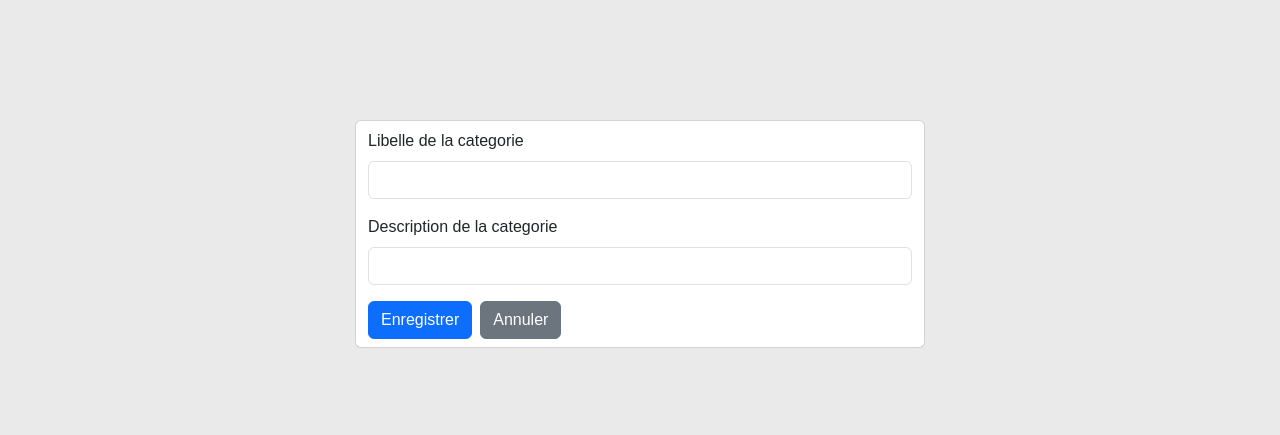
Repository: abdoulkarim20/model-gestion-produit-java-react
Page: /create-categorie
An editor plug-in stored every save of this project. The page is shown before and after the next save, followed by the edit.
The browser window is 1280 px wide. The pictures show the whole page.
The project was rebuilt for these pictures with package versions that can differ from the ones it lists, and the page was loaded fresh each time. Also part of the build but not shown: vite.config.ts, src/components/categories/CategorieTable.tsx.

Above is the page before, as saved 2024-07-20 03:08:50.

### index.html
<!doctype html>
<html lang="en">

<head>
  <meta charset="UTF-8" />
  <link rel="icon" type="image/svg+xml" href="/vite.svg" />
  <meta name="viewport" content="width=device-width, initial-scale=1.0" />
  <title>Gestion des produits</title>
</head>

<body>
  <div id="root"></div>
  <script type="module" src="/src/main.tsx"></script>
</body>

</html>

### src/main.tsx
import React from 'react'
import ReactDOM from 'react-dom/client'
import './App.css'
import { RouterProvider } from 'react-router-dom'
import { router } from './router/Routes'

ReactDOM.createRoot(document.getElementById('root')!).render(
  <React.StrictMode>
    <RouterProvider router={router} />
  </React.StrictMode>,
)

### src/App.css
* {
    margin: 0;
    padding: 0;
    box-sizing: border-box;
    font-family: 'Nunito Sans', sans-serif;
}

body {
    background-color: #EAEAEA !important;
}

.container-style {
    margin-top: 7em;
}

.button-ajouter-style {
    margin-top: 2rem;
    margin-bottom: 1rem;
    display: flex;
    justify-content: center;
    align-items: center;
    height: 40px;
    width: auto;
    padding: 1rem;
    border-radius: 8px;
    border: none;
    background: #0B5ED7;
    color: white;
}

.form-class-div {
    width: 80%;
}

### src/router/Routes.tsx
import { createBrowserRouter, RouteObject } from "react-router-dom";
import App from "../App";
import CategorieForm from "../components/categories/CategorieForm";
import CategorieTable from "../components/categories/CategorieTable";

export const routes: RouteObject[] = [
    {
        path: '/',
        element: <App />,
        children: [
            {
                path: 'create-categorie', element: <CategorieForm key='create' />
            },
            {
                path: 'update-categorie/:id', element: <CategorieForm key='update' />
            },
            {
                path: '*', element: <CategorieTable />
            }
        ]
    }
]
export const router = createBrowserRouter(routes)

### src/App.tsx
import './App.css'
import './../node_modules/bootstrap/dist/css/bootstrap.min.css'
import { Outlet, useLocation } from 'react-router-dom'
import CategorieTable from './components/categories/CategorieTable';

function App() {
  const location = useLocation();
  return (
    <>
      {
        location.pathname === '/' ? <CategorieTable /> : (
          <div className='container-style'>
            <Outlet />
          </div>
        )
      }
    </>
  )
}

export default App

### src/components/categories/CategorieForm.tsx
import { useEffect, useState } from "react";
import { useNavigate, useParams } from "react-router-dom"
import { CategorieDTO } from "../../models/categorie/categorieDTO";
import apiConnexion from "../../api/apiConnexion";

export default function CategorieForm() {
    const { id } = useParams();
    const navigate = useNavigate();

    const [categorie, setCategorie] = useState<CategorieDTO>({
        id: undefined,
        libelle: '',
        descrition: ''
    })

    useEffect(() => {
        if (id) {
            apiConnexion.getCategorieDetail(id).then(categorie => setCategorie(categorie!));
        }
    }, [id]);

    function handleSubmit() {
        if (!categorie.id) {
            apiConnexion.createCategorie(categorie).then(() => navigate('/'));
        } else {
            apiConnexion.updateCategorie(categorie).then(() => navigate('/'));
        }
    }

    return (
        <>
            <div className="container">
                <div className="row">
                    <h1></h1>
                    <div className="col-md-6 offset-md-3 card py-2">
                        <form className="form-style">
                            <div className="mb-3">
                                <label htmlFor="exampleInputEmail1" className="form-label">Libelle de la categorie</label>
                                <input type="email" className="form-control" id="exampleInputEmail1" aria-describedby="emailHelp" />
                            </div>
                            <div className="mb-3">
                                <label htmlFor="exampleInputPassword1" className="form-label">Description de la categorie</label>
                                <input type="password" className="form-control" id="exampleInputPassword1" />
                            </div>
                            <button type="submit" className="btn btn-primary">Enregistrer</button>
                            <button type="reset" className="btn btn-secondary mx-2">Annuler</button>
                        </form>
                    </div>
                </div>
            </div>
        </>
    )
}

### src/api/apiConnexion.ts
import axios, { AxiosResponse } from "axios";
import { CategorieDTO } from "../models/categorie/categorieDTO";
import { API_BASE_URL } from "../../config.ts";

const apiConnexion = {

    getAllCategories: async (): Promise<CategorieDTO[]> => {
        try {
            const response: AxiosResponse<CategorieDTO[]> = await axios.get(`${API_BASE_URL}/categories/liste`);
            const categories = response.data.map((categorie: CategorieDTO) => ({
                ...categorie
            }));
            return categories;

        } catch (error) {
            console.log("Error lors de la recuperation de la liste des categories d'un produit", error);
            throw error;
        }
    },
    createCategorie: async (categorie: CategorieDTO): Promise<CategorieDTO> => {
        try {
            const response = await axios.post<CategorieDTO>(`${API_BASE_URL}/save-categorie`, categorie);
            return response.data;
        } catch (error) {
            console.log("Erreur lors de la creation d'une categorie", error);
            throw error;
        }
    },
    updateCategorie: async (categorie: CategorieDTO): Promise<CategorieDTO> => {
        try {
            const response = await axios.put<CategorieDTO>(`${API_BASE_URL}/update-categorie/${categorie.id}`, categorie);
            return response.data;
        } catch (error) {
            console.log("Erreur lors de la mise a jour d'une categorie", error);
            throw error;
        }
    },
    deleteCategorie: async (id: number): Promise<void> => {
        try {
            await axios.delete<number>(`${API_BASE_URL}/categories/delete-categorie/${id}`)
        } catch (error) {
            console.log("Erreur lors de la suppression d'une categorie", error);
            throw error;
        }
    },
    getCategorieDetail: async (id: string): Promise<CategorieDTO | undefined> => {
        try {
            const response = await axios.get<CategorieDTO>(`${API_BASE_URL}/detail-categorie/${id}`)
            return response.data;
        } catch (error) {
            console.log("Erreur lors de la recuperation du detail d'une categorie", error);
            throw error;
        }
    }
}

export default apiConnexion;

### config.ts
export const API_BASE_URL = 'http://localhost:8086';

After the next save:
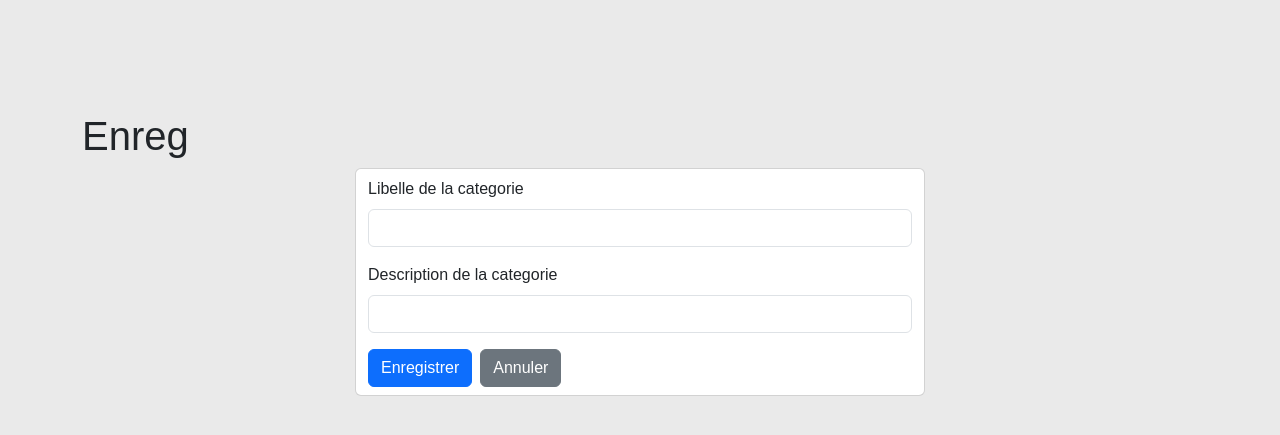
Saved 4 s later.
--- a/src/components/categories/CategorieForm.tsx
+++ b/src/components/categories/CategorieForm.tsx
@@ -31,7 +31,7 @@ export default function CategorieForm() {
         <>
             <div className="container">
                 <div className="row">
-                    <h1></h1>
+                    <h1>Enreg</h1>
                     <div className="col-md-6 offset-md-3 card py-2">
                         <form className="form-style">
                             <div className="mb-3">
